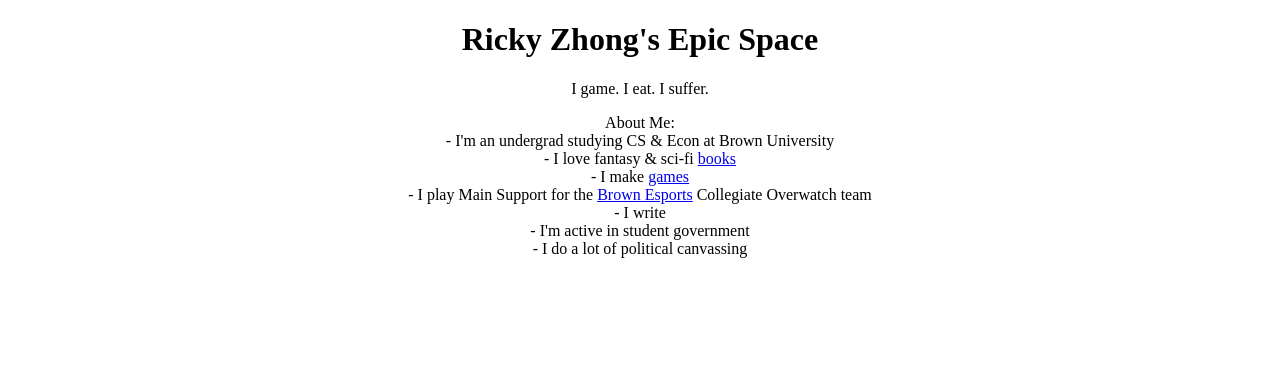
Repository: rickydaricky/rickydaricky.github.io
Page: index.html
An editor plug-in stored every save of this project. The page is shown before and after the next save, followed by the edit.
The browser window is 1280 px wide. The pictures show the whole page.

Above is the page before, as saved 2021-11-26 01:17:12.

### index.html
<!DOCTYPE html>
<html>
  <body>
    <h1 style="text-align: center;">Ricky Zhong's Epic Space</h1>
    <p style="text-align: center;">I game. I eat. I suffer.</p>
    <p style="text-align: center;">
      About Me:
      <br />
      - I'm an undergrad studying CS & Econ at Brown University
      <br />
      - I love fantasy & sci-fi <a href="https://goodreads.com/rickydaricky">books</a>
      <br />
      - I make <a href="https://rickydaricky.itch.io/">games</a>
      <br />
      - I play Main Support for the <a href="https://brownesports.org/">Brown Esports</a> Collegiate Overwatch team
      <br />
      - I write
      <br />
      - I'm active in student government
      <br />
      - I do a lot of political canvassing

    </p>
  </body>
</html>

After the next save:
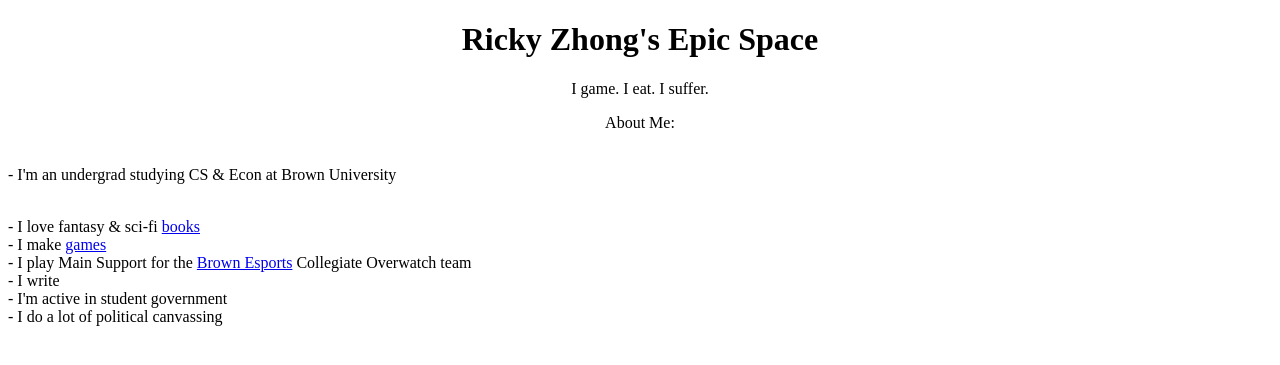
Saved 38 s later.
--- a/index.html
+++ b/index.html
@@ -5,8 +5,8 @@
     <p style="text-align: center;">I game. I eat. I suffer.</p>
     <p style="text-align: center;">
       About Me:
-      <br />
-      - I'm an undergrad studying CS & Econ at Brown University
+      <p><br />
+      - I'm an undergrad studying CS & Econ at Brown University</p>
       <br />
       - I love fantasy & sci-fi <a href="https://goodreads.com/rickydaricky">books</a>
       <br />

After the save that followed:
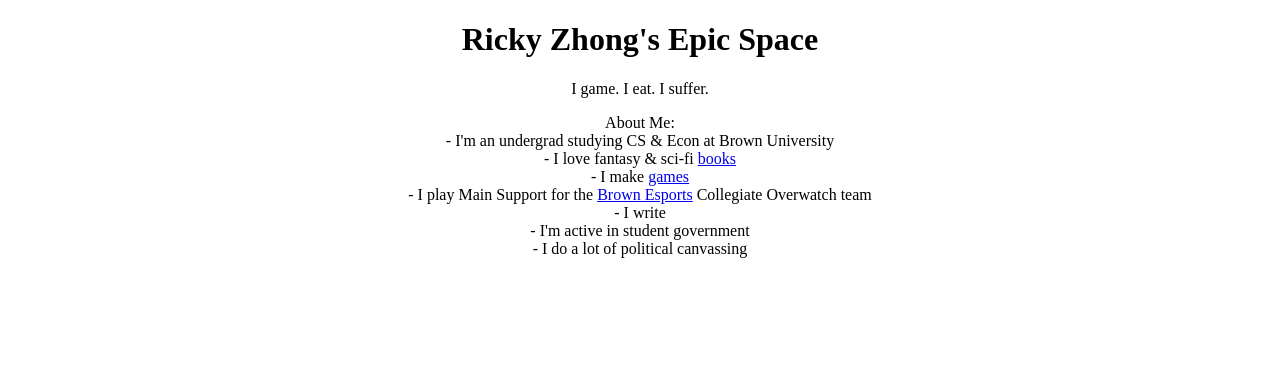
Saved 14 s later.
--- a/index.html
+++ b/index.html
@@ -5,8 +5,8 @@
     <p style="text-align: center;">I game. I eat. I suffer.</p>
     <p style="text-align: center;">
       About Me:
-      <p><br />
-      - I'm an undergrad studying CS & Econ at Brown University</p>
+      <br />
+      - I'm an undergrad studying CS & Econ at Brown University
       <br />
       - I love fantasy & sci-fi <a href="https://goodreads.com/rickydaricky">books</a>
       <br />
